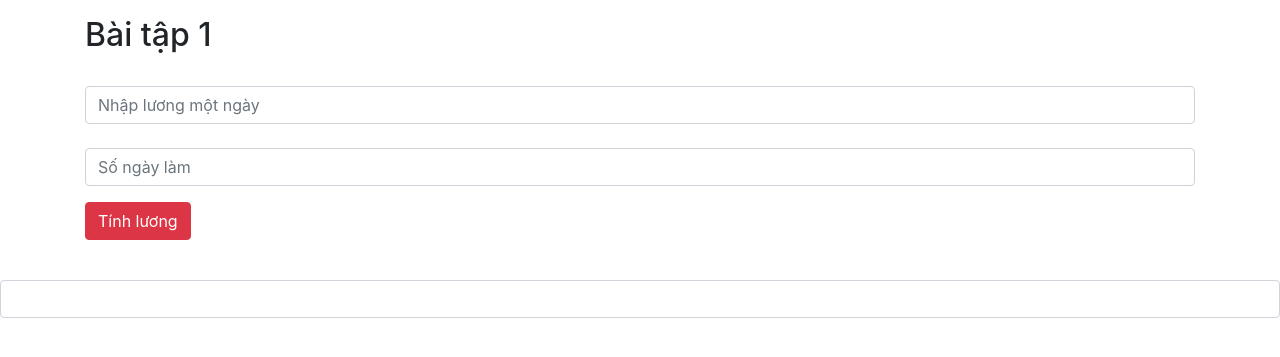
Repository: thanhfrankie/BC10-LeMinhThanh-Js-b2-3
Page: index.html
The author's editor kept a copy of each file at every save. The page is drawn from the files as they stood at one save, then again after the next save.
The browser window is 1280 px wide. The pictures show the whole page.

Above is the page before, as saved 2023-12-15 15:22:24.

After the next save:
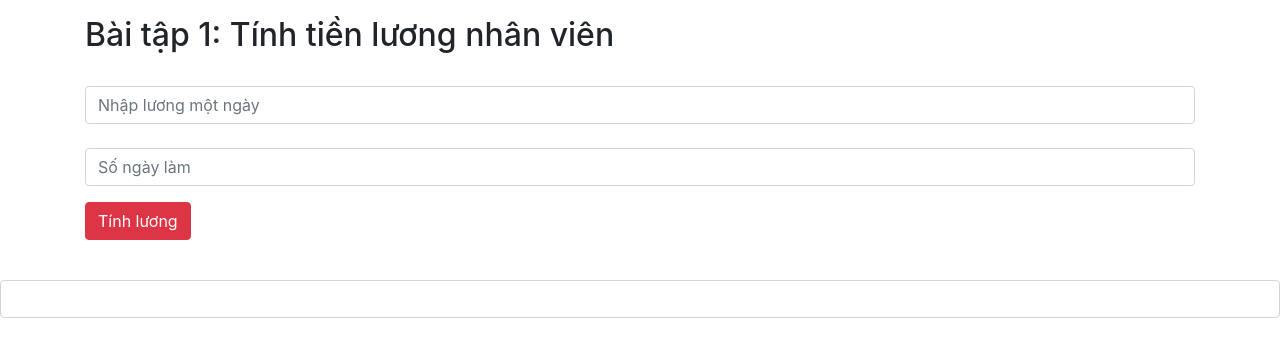
Saved 22 s later.
--- a/index.html
+++ b/index.html
@@ -20,7 +20,7 @@
   <body>
     <!-- Bài tập 1 -->
     <div class="container">
-      <h2 class="mt-3">Bài tập 1
+      <h2 class="mt-3">Bài tập 1: Tính tiền lương nhân viên
       </h2>
       <div class="form-group">
         <label for="luong-mot-ngay"></label>
